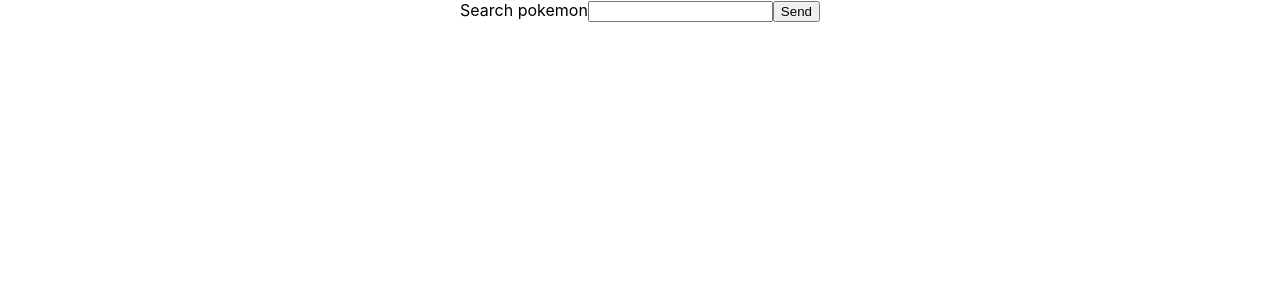
Repository: iznnull/simple-redux
Page: /
An editor plug-in stored every save of this project. The page is shown before and after the next save, followed by the edit.
The browser window is 1280 px wide. The pictures show the whole page.
The project was rebuilt for these pictures with package versions that can differ from the ones it lists, and the page was loaded fresh each time.

Above is the page before, as saved 2020-05-27 12:45:55.

After the next save:
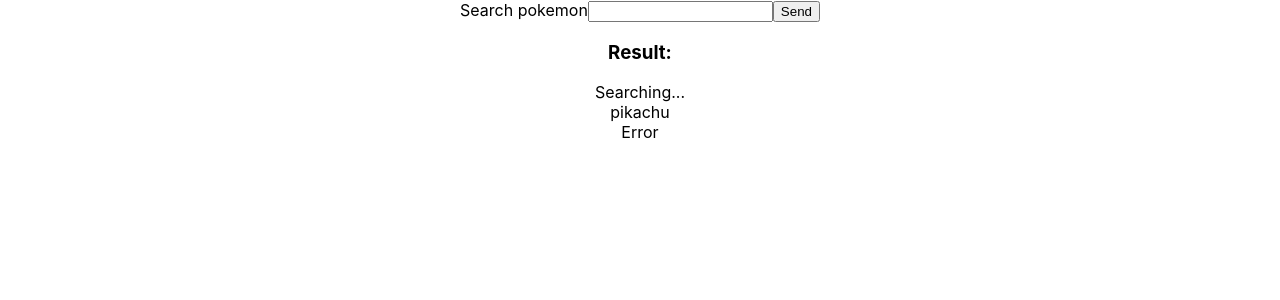
Saved 39 s later.
--- a/src/App.tsx
+++ b/src/App.tsx
@@ -1,6 +1,7 @@
 import React from 'react';
 import './App.css';
 import SearchPokemon from './components/search/SearchPokemon'
+import ResultPokemon from './components/search/ResultPokemon'
 
 function App() {
   return (
@@ -9,7 +10,7 @@
         <SearchPokemon></SearchPokemon>
       </div>
       <div className="col-12">
-
+      <ResultPokemon></ResultPokemon>
       </div>
     </div>
   );
